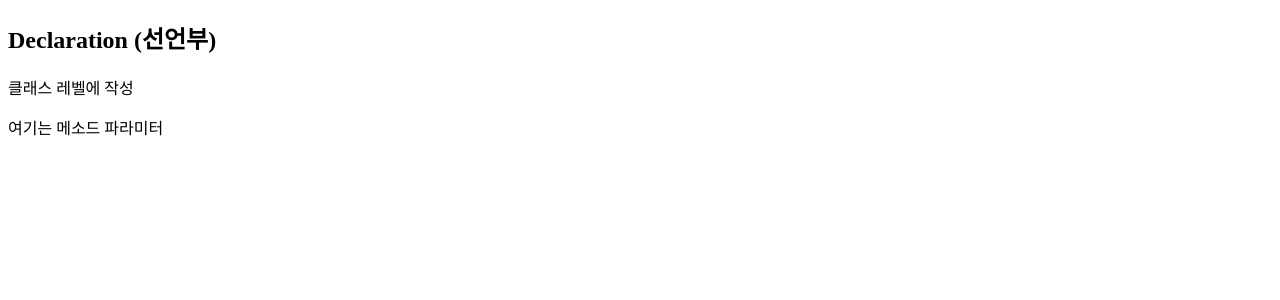
Repository: JJinBBangg/JSP
Page: http://localhost/jsp/ch03/lecture/01script/05Declaration.jsp
The author's editor kept a copy of each file at every save. The page is drawn from the files as they stood at one save, then again after the next save.
The browser window is 1280 px wide. The pictures show the whole page.
The page is served by Tomcat 9. Other server files are loaded and not shown.

Above is the page before, as saved 2023-03-28 00:47:05.

### jsp/src/main/webapp/ch03/lecture/01script/05Declaration.jsp
<%@ page language="java" contentType="text/html; charset=UTF-8"
	pageEncoding="UTF-8"%>
<!DOCTYPE html>
<html>
<head>
<meta charset="UTF-8">
<title>Declaration</title>
</head>
<body>
	<h2>Declaration (선언부)</h2>
	<p>클래스 레벨에 작성</p>

	<%
	System.out.println("여기는 메소드 안");
	%>
	<%="여기는 메소드 파라미터"%>
	<%!int var1 = 100;%>
	<%!String var2 = "jsp";%>
</body>
</html>

After the next save:
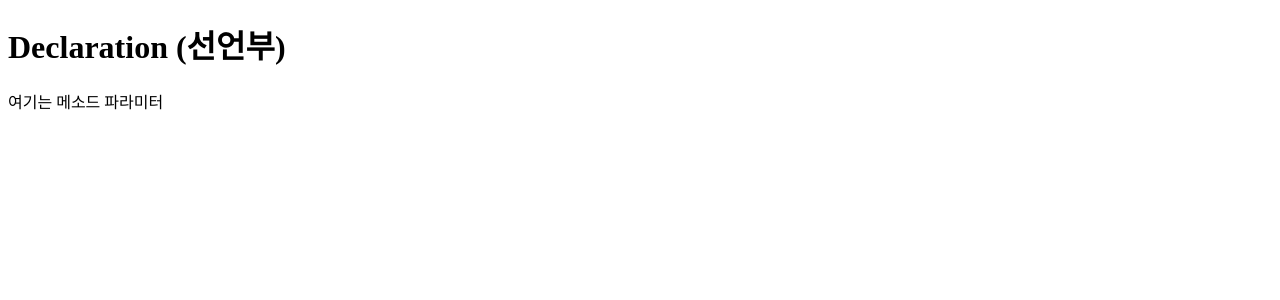
Saved 2 min 3 s later.
--- a/jsp/src/main/webapp/ch03/lecture/01script/05Declaration.jsp
+++ b/jsp/src/main/webapp/ch03/lecture/01script/05Declaration.jsp
@@ -7,14 +7,15 @@
 <title>Declaration</title>
 </head>
 <body>
-	<h2>Declaration (선언부)</h2>
-	<p>클래스 레벨에 작성</p>
+	<h1>Declaration (선언부)</h1>
+	<%!private void myMethod(int num) {
+		System.out.println(num);
+	}%>
 
 	<%
 	System.out.println("여기는 메소드 안");
 	%>
 	<%="여기는 메소드 파라미터"%>
-	<%!int var1 = 100;%>
 	<%!String var2 = "jsp";%>
 </body>
 </html>
